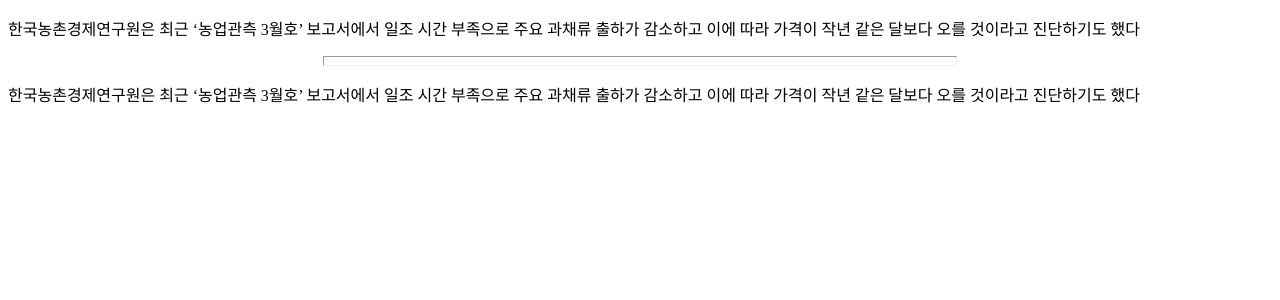
Repository: Hswwwww/WEB
Page: ClientTest/src/main/webapp/html/ex09_hr.html
These files come from the project's save history. The page is drawn as it stood at one moment and after the next save; the edit follows.
The browser window is 1280 px wide. The pictures show the whole page.

Above is the page before, as saved 2024-03-13 00:45:08.

### ClientTest/src/main/webapp/html/ex09_hr.html
<!DOCTYPE html>
<html>
<head>
<meta charset="UTF-8">
<title>Insert title here</title>
</head>
<body>

	<!--

		<hr>태그, Horizontal Rule
		- 수평바
		- 문단과 문단을 구분하는 역할
		- 콘텐츠와 콘텐츠를 구분하는 역할
		- 단독태그

		hr 속성
		1. size : 선의 두께
		2. width : 선의 너비
		HTML 속성값의 종류(형태)
		1. 숫자형
			- 단위없음 : 픽셀(pixel, 화소) > 화상을 구성하는 최소 단위(단일 색상을 가지는 점 1개) , 절대값
		 	- 단위있음 : % > 백분율 > 부모 태그의 영역을 기준(*******)


	 -->


	  <p>한국농촌경제연구원은 최근 ‘농업관측 3월호’ 보고서에서 일조 시간 부족으로 주요 과채류 출하가 감소하고 이에 따라 가격이 작년 같은 달보다 오를 것이라고 진단하기도 했다</p>

	 	<hr size = "10" width = "50%">
	 	<!-- <hr>의 부모 <body> -->



	  <p>한국농촌경제연구원은 최근 ‘농업관측 3월호’ 보고서에서 일조 시간 부족으로 주요 과채류 출하가 감소하고 이에 따라 가격이 작년 같은 달보다 오를 것이라고 진단하기도 했다</p>




</body>
</html>

After the next save:
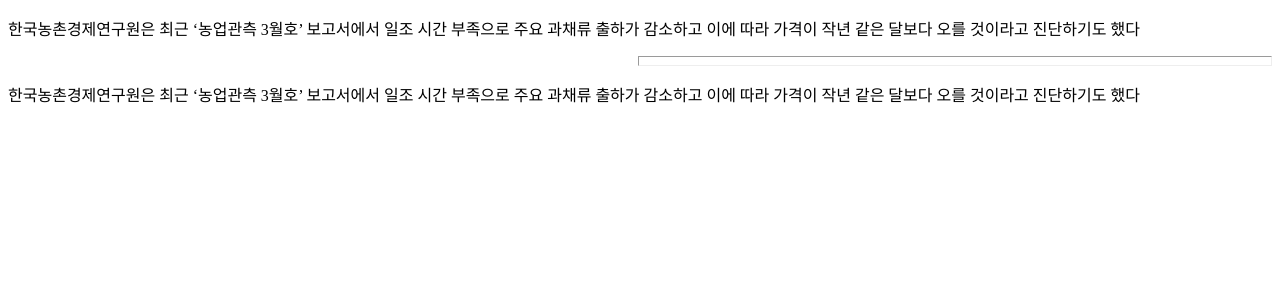
Saved 2 min 43 s later.
--- a/ClientTest/src/main/webapp/html/ex09_hr.html
+++ b/ClientTest/src/main/webapp/html/ex09_hr.html
@@ -17,10 +17,15 @@
 		hr 속성
 		1. size : 선의 두께
 		2. width : 선의 너비
+		3. align : 선의 수평정렬
+
+
 		HTML 속성값의 종류(형태)
 		1. 숫자형
 			- 단위없음 : 픽셀(pixel, 화소) > 화상을 구성하는 최소 단위(단일 색상을 가지는 점 1개) , 절대값
 		 	- 단위있음 : % > 백분율 > 부모 태그의 영역을 기준(*******)
+		2. 열거형
+			- 정해진 속성값 중 하나를 사용
 
 
 	 -->
@@ -28,7 +33,7 @@
 
 	  <p>한국농촌경제연구원은 최근 ‘농업관측 3월호’ 보고서에서 일조 시간 부족으로 주요 과채류 출하가 감소하고 이에 따라 가격이 작년 같은 달보다 오를 것이라고 진단하기도 했다</p>
 
-	 	<hr size = "10" width = "50%">
+	 	<hr size = "10" width = "50%" align = "right">
 	 	<!-- <hr>의 부모 <body> -->
 
 
